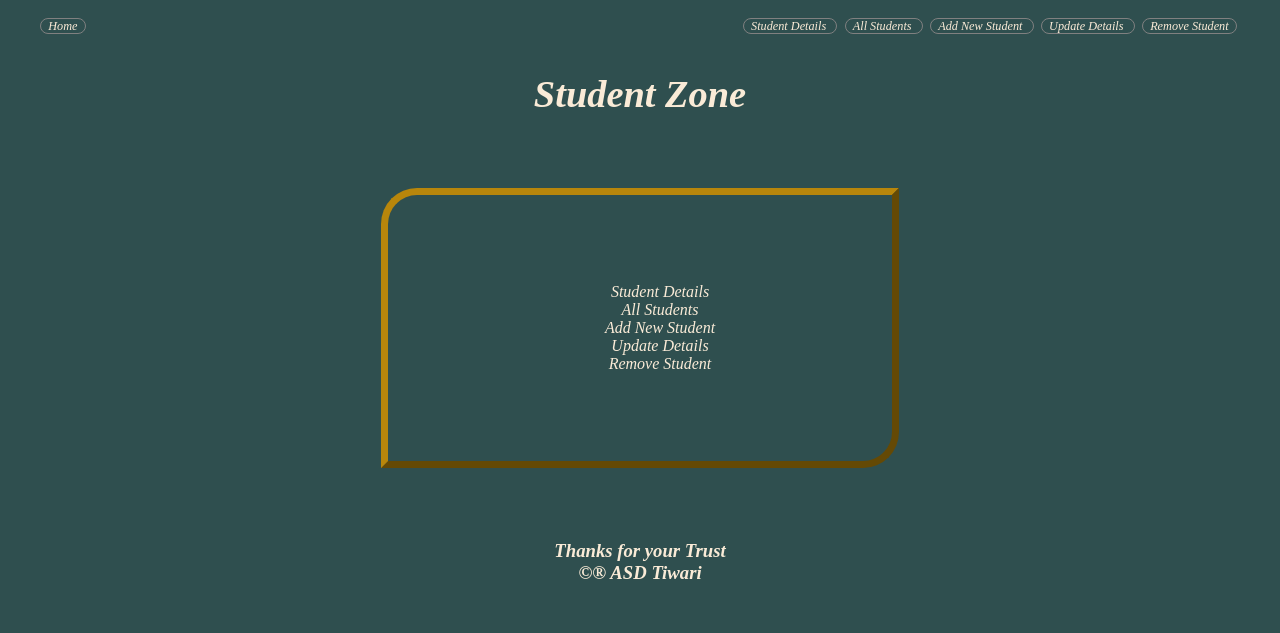
Repository: asdtiwari/Practice
Page: http://localhost/index
An editor plug-in stored every save of this project. The page is shown before and after the next save, followed by the edit.
The browser window is 1280 px wide. The pictures show the whole page.
The page is this project's Thymeleaf template; nobody is signed in. The template is opened directly, without the code that normally fills it, so the values that code supplies are empty.

Above is the page before, as saved 2023-11-17 12:14:30.

### DiwaliProjectSTS/studentZone/src/main/resources/templates/index.html
<!DOCTYPE html>
<html lang="en">
    <head>
        <meta charset="UTF-8">
        <meta name="viewport" content="width-device-width, initial-scale=1.0">

        <title>Home: Student Zone</title>

        <style>
            .body{
                background-color: darkslategrey;
                color: antiquewhite;
                font-family: cursive;
                font-style: oblique;
            }

            .a{
                text-decoration: none;
                color: antiquewhite;
            }

            .nav{
                position: fixed;
                top: 0vh;
                right: 5vh;
                text-align: right;
            }

            .home{
                position: fixed;
                top: 0vh;
                text-align: left;
                left: 0vh;
            }

            .nav_li{
                display: inline;
                border: solid 0.1vh grey;
                border-radius: 5vh;
                margin-right: 1vh;
                padding-left: 1vh;
                padding-right: 1vh;
                padding-top: 0vh;
                font-size: 1.7vh;
            }

            .nav_li:hover{
                background-color: darkgoldenrod;
                border: solid 0.5vh whitesmoke;
                font-size: 110%
            }

            .nav_a:hover{
                color: black;
            }

            .header{
                margin-top: 10vh;
            }

            .header:hover{
                color: darkgoldenrod;
            }

            .form{
                border: outset 1vh darkgoldenrod;
                border-top-left-radius: 5vh;
                border-bottom-right-radius: 5vh;
                width: 50vh;
                margin-top: 10vh;
                margin-bottom: 10vh;
                padding: 10vh;
            }

            .form:hover{
                border-style: inset;
            }

            .ul{
                list-style-type: none;
            }

            .menu:hover{
                border: solid 0.4vh whitesmoke;
                border-radius: 5vh;
                background-color: darkgoldenrod;
                width: 50%;
                padding-left: 5vh;
                padding-right: 5vh;

                font-size: large;
            }

            .footer{
                bottom: 0px;
                width: 100%;
                text-align: center;
            }

            .footer:hover{
                color: darkgoldenrod;
            }
        </style>
    </head>

    <body class="body">
        <ul class="home">
            <li class="nav_li"> <a class="nav_a a" href="/student/index" method="get"> Home </a> </li>
        </ul>

        <ul class="nav">
			<li class="nav_li"> <a class="nav_a a" href="/student/viewInfo" method="get" > Student Details </a> </li>
			<li class="nav_li"> <a class="nav_a a" href="/student/showAllInfo" method="get"> All Students </a> </li>
			<li class="nav_li"> <a class="nav_a a" href="/student/register" method="get"> Add New Student </a> </li>
			<li class="nav_li"> <a class="nav_a a" href="/student/update" method="get"> Update Details </a> </li>
			<li class="nav_li"> <a class="nav_a a" href="/student/remove" method="get"> Remove Student </a> </li>
		</ul>

        <center> <big> <h1 class="header"> Student Zone </h1> </big> </center>

        <center>
            <form class="form">
                <ul class="ul">
                    <li> <a class="menu a" href="/student/viewInfo" method="get"> Student Details </a> </li>
                    <li> <a class="menu a" href="/student/showAllInfo" method="get"> All Students </a> </li>
                    <li> <a class="menu a" href="/student/register" method="get"> Add New Student </a> </li>
                    <li> <a class="menu a" href="/student/update" method="get"> Update Details </a> </li>
                    <li> <a class="menu a" href="/student/remove" method="get"> Remove Student </a> </li>
                </ul>
            </form>
        </center>

        <h3 class = "footer"> Thanks for your Trust <br> <a class="a nav_a" href="https://in.linkedin.com/in/asdtiwari/"> ©® ASD Tiwari </a> </h3>
    </body>
</html>

After the next save:
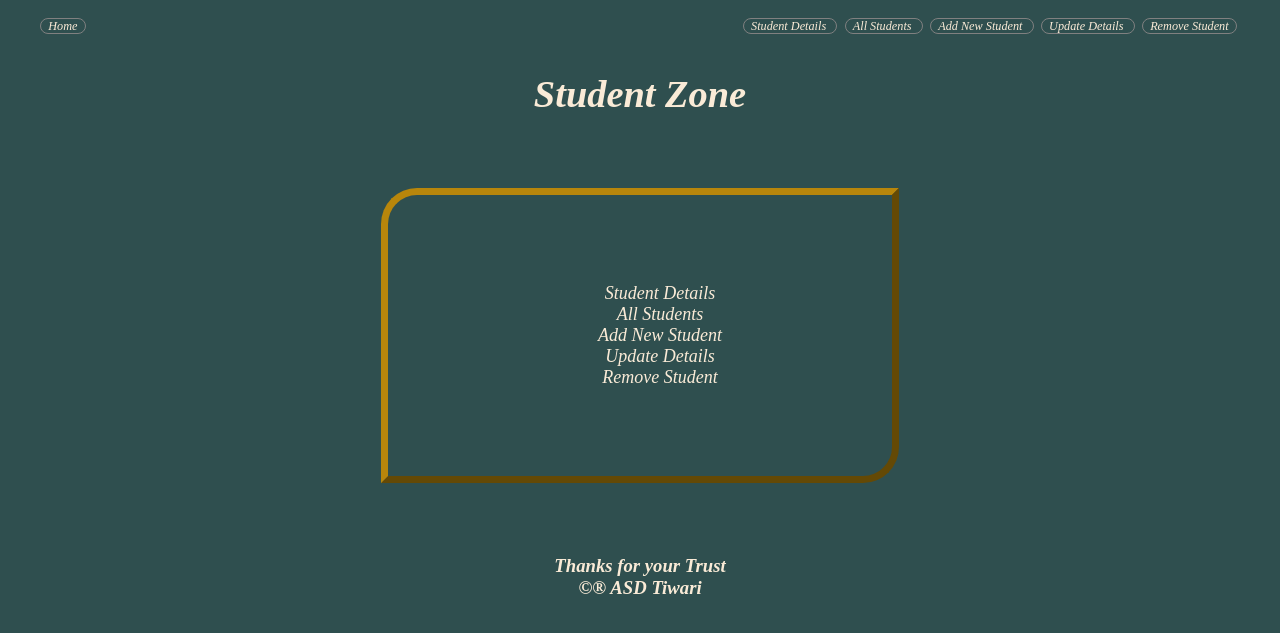
Saved 30 s later.
--- a/DiwaliProjectSTS/studentZone/src/main/resources/templates/index.html
+++ b/DiwaliProjectSTS/studentZone/src/main/resources/templates/index.html
@@ -80,6 +80,10 @@
                 list-style-type: none;
             }
 
+            .menu{
+                font-size: large;
+			}
+
             .menu:hover{
                 border: solid 0.4vh whitesmoke;
                 border-radius: 5vh;
@@ -87,8 +91,6 @@
                 width: 50%;
                 padding-left: 5vh;
                 padding-right: 5vh;
-
-                font-size: large;
             }
 
             .footer{
